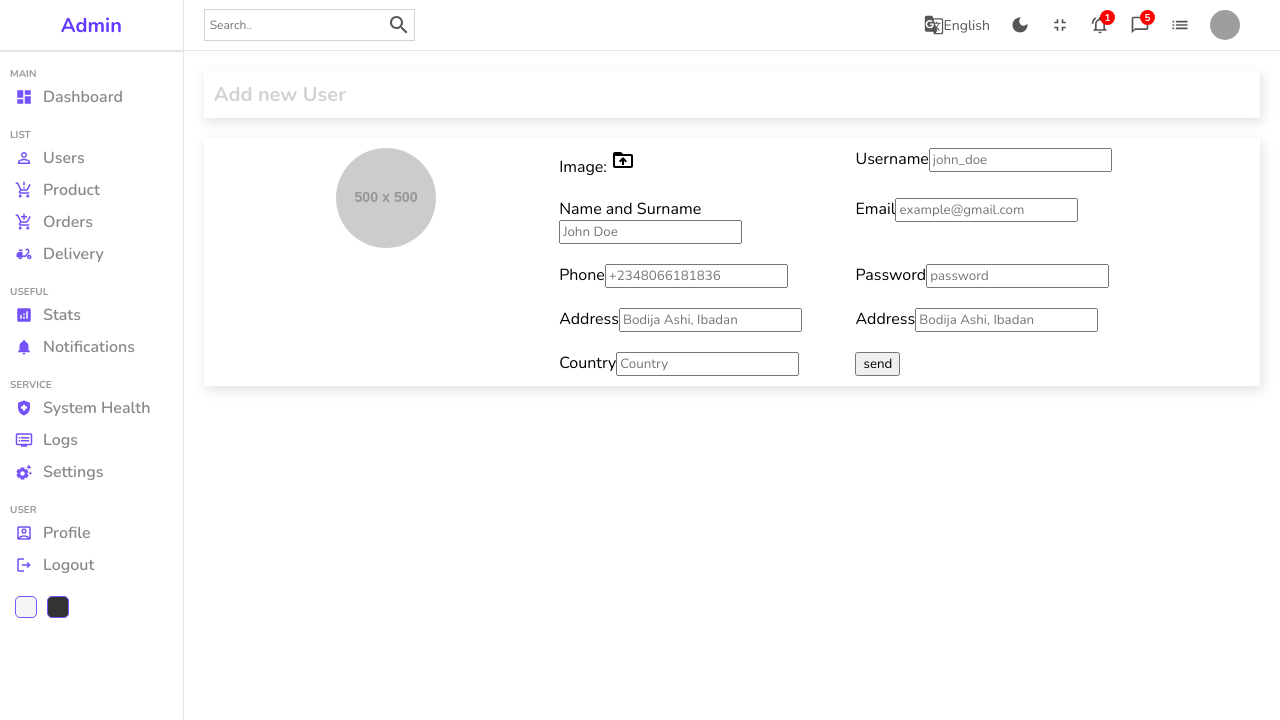
Repository: maescode/simple-react-admin-dashboard
Page: /users/new
These files come from the project's save history. The page is drawn as it stood at one moment and after the next save; the edit follows.
The browser window is 1280 px wide. The pictures show the whole page.
Pictures or frames that could not be fetched are drawn as grey boxes. The project was rebuilt for these pictures with package versions that can differ from the ones it lists, and the page was loaded fresh each time. Also part of the build but not shown: src/App.css, src/pages/home/home.scss, src/pages/components/widget/widget.scss, src/pages/components/widget/Widget.jsx, src/pages/components/featured/featured.scss, src/pages/components/featured/Featured.jsx, src/pages/components/chart/chart.scss, src/pages/components/chart/Chart.jsx and 11 more.

Above is the page before, as saved 2022-08-10 06:03:36.

After the next save:
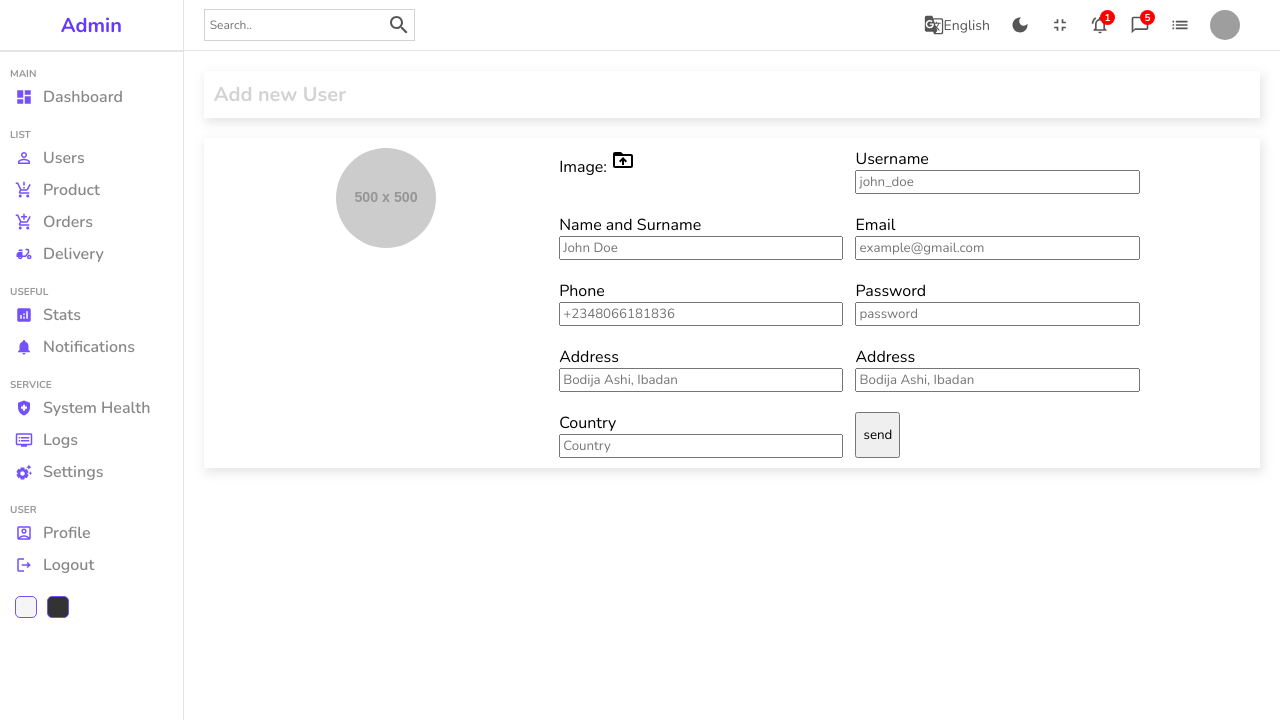
Saved 29 s later.
--- a/src/pages/new/new.scss
+++ b/src/pages/new/new.scss
@@ -38,6 +38,10 @@
 
         .formInput {
           width: 40%;
+
+          input {
+            width: 100%;
+          }
         }
       }
     }
